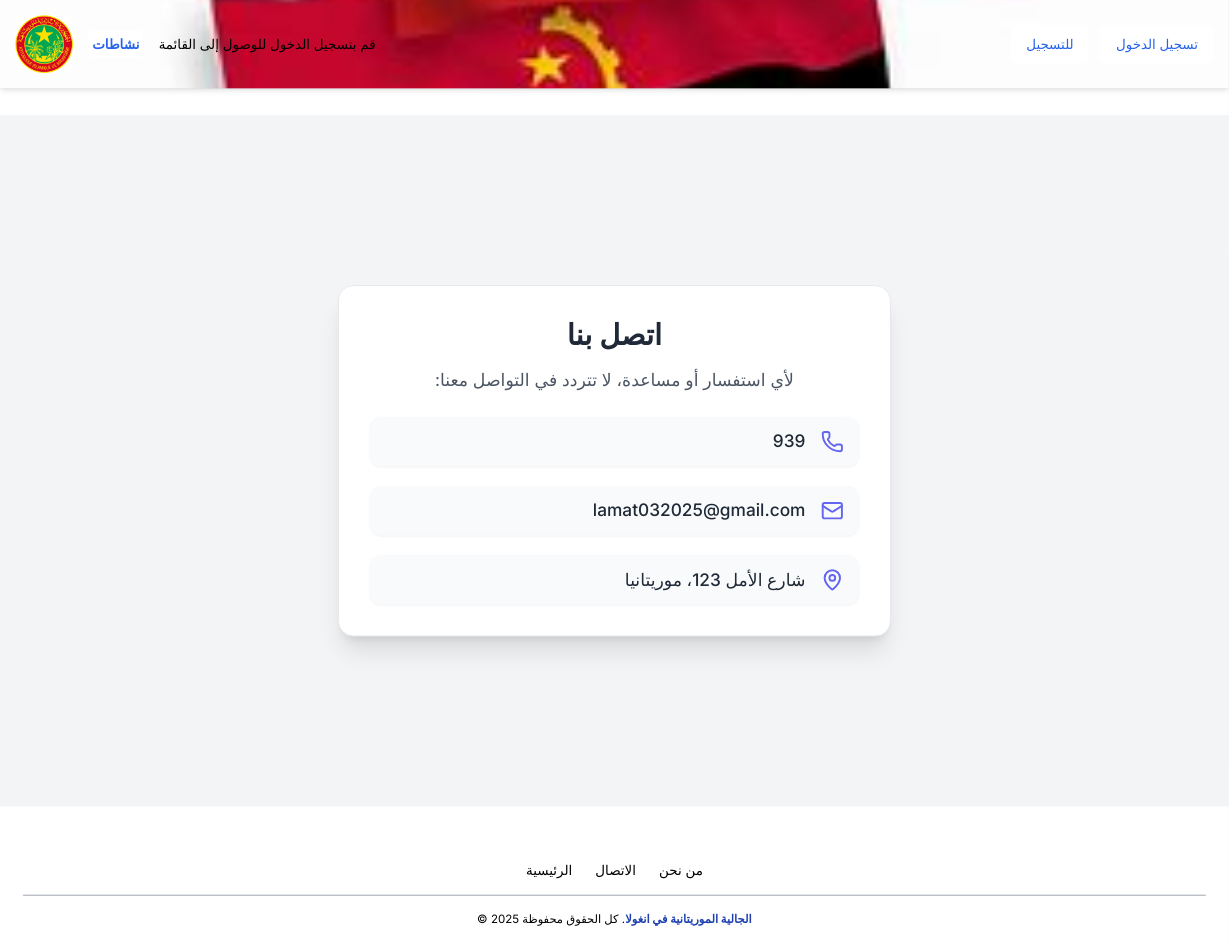
Repository: lamatmed/cmra
Page: /contact
These files come from the project's save history. The page is drawn as it stood at one moment and after the next save; the edit follows.
The browser window is 1280 px wide. The pictures show the whole page, at 96% of full size.
The project was rebuilt for these pictures with package versions that can differ from the ones it lists, and the page was loaded fresh each time. The framework's server and built-in components were replaced by stand-ins that run in the browser. Also part of the build but not shown: next.config.js, components/ui/dropdown-menu.tsx.

Above is the page before, as saved 2025-04-14 10:01:47.

### app/layout.tsx
import "./globals.css";
import type { Metadata } from "next";
import { Inter } from "next/font/google";
import { AuthProvider } from "@/components/AuthContext";
import NavBar from "@/components/NavBar";
import { Toaster } from "@/components/ui/toaster";
import Footer from "@/components/Footer";

const inter = Inter({ subsets: ["latin"] });

export const metadata: Metadata = {
  title: "الجالية الموريتانية في انغولا",
  description: "Application",
  icons: "/logo.png",
};

export default function RootLayout({
  children,
}: {
  children: React.ReactNode;
}) {
  return (
    <html lang="fr" className={inter.className} suppressHydrationWarning>
      <body className="flex flex-col min-h-screen">
        <AuthProvider>
          <NavBar />
          <main className="flex-grow mt-7">{children}</main>
          <Footer />
        </AuthProvider>
        <Toaster /> {/* Placer Toaster en dehors d'AuthProvider pour éviter sa réinitialisation */}
      </body>
    </html>
  );
}

### app/contact/page.tsx
"use client";

import { motion } from "framer-motion";
import { Mail, MapPin, Phone } from "lucide-react";
import { Card, CardContent } from "@/components/ui/card";
import { useEffect, useState } from "react";
import Loader from "@/components/Loader";

const Contact = () => {
  const [loading, setLoading] = useState(true);

  useEffect(() => {
    const timeout = setTimeout(() => {
      setLoading(false);
    }, 1500);

    return () => clearTimeout(timeout);
  }, []);

  if (loading) {
    return <Loader />;
  }

  return (
    <motion.div
      initial={{ opacity: 0, y: 20 }}
      animate={{ opacity: 1, y: 0 }}
      transition={{ duration: 0.6 }}
      className="flex justify-center items-center min-h-screen bg-gray-100 px-4 py-8"
      dir="rtl"
    >
      <Card className="w-full max-w-xl bg-white shadow-xl rounded-2xl border border-gray-200">
        <CardContent className="p-6 sm:p-8">
          <h1 className="text-3xl font-bold text-gray-800 mb-4 text-center">
            اتصل بنا
          </h1>
          <p className="text-gray-600 text-center mb-6 text-base sm:text-lg">
            لأي استفسار أو مساعدة، لا تتردد في التواصل معنا:
          </p>

          <div className="space-y-5">
            {/* Contact Item */}
            <div className="flex items-center gap-4 bg-gray-50 px-4 py-3 rounded-xl shadow-sm">
              <Phone className="w-6 h-6 text-indigo-500" />
              <span className="text-gray-800 text-base sm:text-lg font-medium">
                939
              </span>
            </div>

            {/* Contact Item */}
            <div className="flex items-center gap-4 bg-gray-50 px-4 py-3 rounded-xl shadow-sm">
              <Mail className="w-6 h-6 text-indigo-500" />
              <span className="text-gray-800 text-base sm:text-lg font-medium">
                lamat032025@gmail.com
              </span>
            </div>

            {/* Contact Item */}
            <div className="flex items-center gap-4 bg-gray-50 px-4 py-3 rounded-xl shadow-sm">
              <MapPin className="w-6 h-6 text-indigo-500" />
              <span className="text-gray-800 text-base sm:text-lg font-medium">
                شارع الأمل 123، موريتانيا
              </span>
            </div>
          </div>
        </CardContent>
      </Card>
    </motion.div>
  );
};

export default Contact;

### app/globals.css
@tailwind base;
@tailwind components;
@tailwind utilities;

:root {
  --foreground-rgb: 0, 0, 0;
  --background-start-rgb: 214, 219, 220;
  --background-end-rgb: 255, 255, 255;
}

@media (prefers-color-scheme: dark) {
  :root {
    --foreground-rgb: 255, 255, 255;
    --background-start-rgb: 0, 0, 0;
    --background-end-rgb: 0, 0, 0;
  }
}
.swal-button-ok {
  @apply bg-black text-white border-none hover:bg-gray-800 focus:ring-2 focus:ring-blue-500;
}

@layer base {
  :root {
    --background: 0 0% 100%;
    --foreground: 0 0% 3.9%;
    --card: 0 0% 100%;
    --card-foreground: 0 0% 3.9%;
    --popover: 0 0% 100%;
    --popover-foreground: 0 0% 3.9%;
    --primary: 0 0% 9%;
    --primary-foreground: 0 0% 98%;
    --secondary: 0 0% 96.1%;
    --secondary-foreground: 0 0% 9%;
    --muted: 0 0% 96.1%;
    --muted-foreground: 0 0% 45.1%;
    --accent: 0 0% 96.1%;
    --accent-foreground: 0 0% 9%;
    --destructive: 0 84.2% 60.2%;
    --destructive-foreground: 0 0% 98%;
    --border: 0 0% 89.8%;
    --input: 0 0% 89.8%;
    --ring: 0 0% 3.9%;
    --chart-1: 12 76% 61%;
    --chart-2: 173 58% 39%;
    --chart-3: 197 37% 24%;
    --chart-4: 43 74% 66%;
    --chart-5: 27 87% 67%;
    --radius: 0.5rem;
  }
  .dark {
    --background: 0 0% 3.9%;
    --foreground: 0 0% 98%;
    --card: 0 0% 3.9%;
    --card-foreground: 0 0% 98%;
    --popover: 0 0% 3.9%;
    --popover-foreground: 0 0% 98%;
    --primary: 0 0% 98%;
    --primary-foreground: 0 0% 9%;
    --secondary: 0 0% 14.9%;
    --secondary-foreground: 0 0% 98%;
    --muted: 0 0% 14.9%;
    --muted-foreground: 0 0% 63.9%;
    --accent: 0 0% 14.9%;
    --accent-foreground: 0 0% 98%;
    --destructive: 0 62.8% 30.6%;
    --destructive-foreground: 0 0% 98%;
    --border: 0 0% 14.9%;
    --input: 0 0% 14.9%;
    --ring: 0 0% 83.1%;
    --chart-1: 220 70% 50%;
    --chart-2: 160 60% 45%;
    --chart-3: 30 80% 55%;
    --chart-4: 280 65% 60%;
    --chart-5: 340 75% 55%;
  }
}

@layer base {
  * {
    @apply border-border;
  }
  body {
    @apply bg-background text-foreground;
  }
}

### components/AuthContext.tsx
"use client";

import { createContext, useState, useEffect, useCallback } from "react";

interface User {
  nni: string;
  id: string;
  name: string;
  role: string;
  photo: string| undefined;
  address: string| undefined;
  job:  string| undefined;
  domain : string| undefined;
  cv: string| undefined
}

interface AuthContextType {
  user: User | null;
  isAuthenticated: boolean;
  login: (token: string) => void;
  logout: () => void;
}

export const AuthContext = createContext<AuthContextType | null>(null);

export function AuthProvider({ children }: { children: React.ReactNode }) {
  const [user, setUser] = useState<User | null>(null);
  const [isAuthenticated, setIsAuthenticated] = useState(false);

  // ✅ `fetchUser` est maintenant stable grâce à `useCallback`
  const fetchUser = useCallback((token: string) => {
    console.log("🔍 Envoi du token pour récupération de l'utilisateur...");

    fetch("/api/me", {
      headers: { Authorization: `Bearer ${token}` },
    })
      .then((res) => res.json())
      .then((data) => {
        console.log("🔍 Réponse API:", data);
        if (data.user) {
          setUser(data.user);
          setIsAuthenticated(true);
        } else {
          throw new Error("Utilisateur non trouvé");
        }
      })
      .catch((error) => {
        console.log("❌ Erreur lors de la récupération de l'utilisateur:", error);
        logout(); // Un seul appel ici
      });
  }, []);


  useEffect(() => {
    const token = localStorage.getItem("token");
    if (token) {
      fetchUser(token); // ✅ Plus de warning
    }
  }, [fetchUser]); // ✅ fetchUser est maintenant stable

  function login(token: string) {
    console.log("✅ Connexion réussie, stockage du token...");
    localStorage.setItem("token", token);
    fetchUser(token);
  }

  function logout() {
    console.log("🚪 Déconnexion, suppression du token...");
    localStorage.removeItem("token");
    setUser(null);
    setIsAuthenticated(false);
  }

  return (
    <AuthContext.Provider value={{ user, isAuthenticated, login, logout }}>
      {children}
    </AuthContext.Provider>
  );
}

### components/ui/toaster.tsx
'use client';

import { useToast } from '@/hooks/use-toast';
import {
  Toast,
  ToastClose,
  ToastDescription,
  ToastProvider,
  ToastTitle,
  ToastViewport,
} from '@/components/ui/toast';

export function Toaster() {
  const { toasts } = useToast();

  return (
    <ToastProvider>
      {toasts.map(function ({ id, title, description, action, ...props }) {
        return (
          <Toast key={id} {...props}>
            <div className="grid gap-1">
              {title && <ToastTitle>{title}</ToastTitle>}
              {description && (
                <ToastDescription>{description}</ToastDescription>
              )}
            </div>
            {action}
            <ToastClose />
          </Toast>
        );
      })}
      <ToastViewport />
    </ToastProvider>
  );
}

### components/Footer.tsx
"use client";

import Link from "next/link";
import { motion } from "framer-motion";

const Footer = () => {
  return (
    <motion.footer
      initial={{ opacity: 0, y: 20 }}
      animate={{ opacity: 1, y: 0 }}
      transition={{ duration: 0.6 }}
      className="w-full py-6 bg-gradient-to-r from-gray-900 to-gray-700 text-white shadow-md mt-8"
      style={{
        backgroundImage: "url('/')", // Remplace par ton image
        backgroundSize: "cover",
        backgroundPosition: "center",
      }}
    >
      <div className="container mx-auto px-6 max-w-7xl text-center">
        {/* Liens rapides */}
        <nav className="mb-4 flex justify-center space-x-6 bg-white text-black">
          <Link href="/" className="text-sm hover:text-blue-400  ">
            الرئيسية
          </Link>
          <Link
            href="/contact"
            className="text-sm  transition hover:text-blue-400 "
          >
            الاتصال
          </Link>
          <Link
            href="/about"
            className="text-sm hover:text-blue-400 "
          >
            من نحن
          </Link>
        </nav>

        {/* Copyright */}
        <div className="border-t border-gray-400 pt-4 text-center px-2 sm:px-4">
          <p className="text-[10px] sm:text-xs text-black whitespace-nowrap bg-white">
            © {new Date().getFullYear()}{" "}
            <span className="font-bold text-blue-800">الجالية الموريتانية في انغولا</span>
            . كل الحقوق محفوظة
          </p>
        </div>
      </div>
    </motion.footer>
  );
};

export default Footer;

### components/ui/card.tsx
import * as React from 'react';

import { cn } from '@/lib/utils';

const Card = React.forwardRef<
  HTMLDivElement,
  React.HTMLAttributes<HTMLDivElement>
>(({ className, ...props }, ref) => (
  <div
    ref={ref}
    className={cn(
      'rounded-lg border bg-card text-card-foreground shadow-sm',
      className
    )}
    {...props}
  />
));
Card.displayName = 'Card';

const CardHeader = React.forwardRef<
  HTMLDivElement,
  React.HTMLAttributes<HTMLDivElement>
>(({ className, ...props }, ref) => (
  <div
    ref={ref}
    className={cn('flex flex-col space-y-1.5 p-6', className)}
    {...props}
  />
));
CardHeader.displayName = 'CardHeader';

const CardTitle = React.forwardRef<
  HTMLParagraphElement,
  React.HTMLAttributes<HTMLHeadingElement>
>(({ className, ...props }, ref) => (
  <h3
    ref={ref}
    className={cn(
      'text-2xl font-semibold leading-none tracking-tight',
      className
    )}
    {...props}
  />
));
CardTitle.displayName = 'CardTitle';

const CardDescription = React.forwardRef<
  HTMLParagraphElement,
  React.HTMLAttributes<HTMLParagraphElement>
>(({ className, ...props }, ref) => (
  <p
    ref={ref}
    className={cn('text-sm text-muted-foreground', className)}
    {...props}
  />
));
CardDescription.displayName = 'CardDescription';

const CardContent = React.forwardRef<
  HTMLDivElement,
  React.HTMLAttributes<HTMLDivElement>
>(({ className, ...props }, ref) => (
  <div ref={ref} className={cn('p-6 pt-0', className)} {...props} />
));
CardContent.displayName = 'CardContent';

const CardFooter = React.forwardRef<
  HTMLDivElement,
  React.HTMLAttributes<HTMLDivElement>
>(({ className, ...props }, ref) => (
  <div
    ref={ref}
    className={cn('flex items-center p-6 pt-0', className)}
    {...props}
  />
));
CardFooter.displayName = 'CardFooter';

export {
  Card,
  CardHeader,
  CardFooter,
  CardTitle,
  CardDescription,
  CardContent,
};

### components/Loader.tsx

import React from 'react';
import styled from 'styled-components';

const Loader = () => {
  return (
    <StyledWrapper>
      <div className="loader" />
    </StyledWrapper>
  );
}

const StyledWrapper = styled.div`
  .loader {
   position: relative;
   width: 2.5em;
   height: 2.5em;
   transform: rotate(165deg);
  }

  .loader:before, .loader:after {
   content: "";
   position: absolute;
   top: 50%;
   left: 50%;
   display: block;
   width: 0.5em;
   height: 0.5em;
   border-radius: 0.25em;
   transform: translate(-50%, -50%);
  }

  .loader:before {
   animation: before8 2s infinite;
  }

  .loader:after {
   animation: after6 2s infinite;
  }

  @keyframes before8 {
   0% {
    width: 0.5em;
    box-shadow: 1em -0.5em rgba(225, 20, 98, 0.75), -1em 0.5em rgba(111, 202, 220, 0.75);
   }

   35% {
    width: 2.5em;
    box-shadow: 0 -0.5em rgba(225, 20, 98, 0.75), 0 0.5em rgba(111, 202, 220, 0.75);
   }

   70% {
    width: 0.5em;
    box-shadow: -1em -0.5em rgba(225, 20, 98, 0.75), 1em 0.5em rgba(111, 202, 220, 0.75);
   }

   100% {
    box-shadow: 1em -0.5em rgba(225, 20, 98, 0.75), -1em 0.5em rgba(111, 202, 220, 0.75);
   }
  }

  @keyframes after6 {
   0% {
    height: 0.5em;
    box-shadow: 0.5em 1em rgba(61, 184, 143, 0.75), -0.5em -1em rgba(233, 169, 32, 0.75);
   }

   35% {
    height: 2.5em;
    box-shadow: 0.5em 0 rgba(61, 184, 143, 0.75), -0.5em 0 rgba(233, 169, 32, 0.75);
   }

   70% {
    height: 0.5em;
    box-shadow: 0.5em -1em rgba(61, 184, 143, 0.75), -0.5em 1em rgba(233, 169, 32, 0.75);
   }

   100% {
    box-shadow: 0.5em 1em rgba(61, 184, 143, 0.75), -0.5em -1em rgba(233, 169, 32, 0.75);
   }
  }

  .loader {
   position: absolute;
   top: calc(50% - 1.25em);
   left: calc(50% - 1.25em);
  }`;

export default Loader;

### components/ui/button.tsx
import * as React from 'react';
import { Slot } from '@radix-ui/react-slot';
import { cva, type VariantProps } from 'class-variance-authority';

import { cn } from '@/lib/utils';

const buttonVariants = cva(
  'inline-flex items-center justify-center whitespace-nowrap rounded-md text-sm font-medium ring-offset-background transition-colors focus-visible:outline-none focus-visible:ring-2 focus-visible:ring-ring focus-visible:ring-offset-2 disabled:pointer-events-none disabled:opacity-50',
  {
    variants: {
      variant: {
        default: 'bg-primary text-primary-foreground hover:bg-primary/90',
        destructive:
          'bg-destructive text-destructive-foreground hover:bg-destructive/90',
        outline:
          'border border-input bg-background hover:bg-accent hover:text-accent-foreground',
        secondary:
          'bg-secondary text-secondary-foreground hover:bg-secondary/80',
        ghost: 'hover:bg-accent hover:text-accent-foreground',
        link: 'text-primary underline-offset-4 hover:underline',
      },
      size: {
        default: 'h-10 px-4 py-2',
        sm: 'h-9 rounded-md px-3',
        lg: 'h-11 rounded-md px-8',
        icon: 'h-10 w-10',
      },
    },
    defaultVariants: {
      variant: 'default',
      size: 'default',
    },
  }
);

export interface ButtonProps
  extends React.ButtonHTMLAttributes<HTMLButtonElement>,
    VariantProps<typeof buttonVariants> {
  asChild?: boolean;
}

const Button = React.forwardRef<HTMLButtonElement, ButtonProps>(
  ({ className, variant, size, asChild = false, ...props }, ref) => {
    const Comp = asChild ? Slot : 'button';
    return (
      <Comp
        className={cn(buttonVariants({ variant, size, className }))}
        ref={ref}
        {...props}
      />
    );
  }
);
Button.displayName = 'Button';

export { Button, buttonVariants };

### components/main-nav.tsx
"use client"

import Link from "next/link"
import { usePathname } from "next/navigation"
import { useContext } from "react"
import { AuthContext } from "@/components/AuthContext"
import { cn } from "@/lib/utils"
import {
  Users,
  Clipboard,
  ComputerIcon ,
  LayoutDashboard,
  NotebookPen
} from "lucide-react"

type NavigationItem = {
  name: string;
  href: string;
  icon: React.ComponentType<any>;
}

type Navigation = {
  ADMIN: NavigationItem[];
  USER: NavigationItem[];

}

const navigation: Navigation = {
  ADMIN: [
    { name: "لوحه القياده", href: "/dashboard", icon: LayoutDashboard },

    { name: "مساحتي", href: "/dashboard/espace-user", icon: ComputerIcon},
    { name: "اعضاء", href: "/dashboard/users", icon: Users },
    { name: "انتخاب", href: "/dashboard/config-vote", icon: Clipboard },
    { name: "الأنشطة", href: "/activites/config", icon: NotebookPen },
  ],
  USER: [
    { name: "لوحه القياده", href: "/dashboard", icon: LayoutDashboard },
    { name: "مساحتي", href: "/dashboard/espace-user", icon: Users },

  ],

}

export function MainNav() {
  const pathname = usePathname()
  const { user, isAuthenticated } = useContext(AuthContext)!;

  // Vérifier le rôle de l'utilisateur
  const userRole = user?.role || "USER";
  const allowedNavigation = navigation[userRole as keyof Navigation] || navigation.USER;

  return (
    <nav className="flex flex-col md:flex-row items-center md:space-x-6 space-y-2 md:space-y-0">
      {isAuthenticated && user ? (
        allowedNavigation.map((item) => {
          const Icon = item.icon
          const isActive = pathname === item.href

          return (
            <Link
              key={item.href}
              href={item.href}
              className={cn(
                "flex items-center text-sm font-medium transition-colors duration-200 px-4 py-2 rounded-lg w-full md:w-auto",
                isActive
                  ? "text-blue-600 bg-gray-100 md:border-b-2 border-blue-600"
                  : "text-gray-700 bg-white hover:text-blue-500 hover:bg-gray-100"
              )}
            >
              <Icon className="mr-2 h-5 w-5 text-orange-500" />
              {item.name}
            </Link>
          )
        })
      ) : (
          <span className="text-black text-sm">قم بتسجيل الدخول للوصول إلى القائمة</span>
      )}
    </nav>
  )
}

### hooks/use-toast.ts
'use client';

import { ToastActionElement, ToastProps } from '@/components/ui/toast';
// Inspired by react-hot-toast library
import * as React from 'react';



const TOAST_LIMIT = 1;
const TOAST_REMOVE_DELAY = 1000000;

type ToasterToast = ToastProps& {
  id: string;
  title?: React.ReactNode;
  description?: React.ReactNode;
  action?: ToastActionElement;
};

const actionTypes = {
  ADD_TOAST: 'ADD_TOAST',
  UPDATE_TOAST: 'UPDATE_TOAST',
  DISMISS_TOAST: 'DISMISS_TOAST',
  REMOVE_TOAST: 'REMOVE_TOAST',
} as const;

let count = 0;

function genId() {
  count = (count + 1) % Number.MAX_SAFE_INTEGER;
  return count.toString();
}

type ActionType = typeof actionTypes;

type Action =
  | {
      type: ActionType['ADD_TOAST'];
      toast: ToasterToast;
    }
  | {
      type: ActionType['UPDATE_TOAST'];
      toast: Partial<ToasterToast>;
    }
  | {
      type: ActionType['DISMISS_TOAST'];
      toastId?: ToasterToast['id'];
    }
  | {
      type: ActionType['REMOVE_TOAST'];
      toastId?: ToasterToast['id'];
    };

interface State {
  toasts: ToasterToast[];
}

const toastTimeouts = new Map<string, ReturnType<typeof setTimeout>>();

const addToRemoveQueue = (toastId: string) => {
  if (toastTimeouts.has(toastId)) {
    return;
  }

  const timeout = setTimeout(() => {
    toastTimeouts.delete(toastId);
    dispatch({
      type: 'REMOVE_TOAST',
      toastId: toastId,
    });
  }, TOAST_REMOVE_DELAY);

  toastTimeouts.set(toastId, timeout);
};

export const reducer = (state: State, action: Action): State => {
  switch (action.type) {
    case 'ADD_TOAST':
      return {
        ...state,
        toasts: [action.toast, ...state.toasts].slice(0, TOAST_LIMIT),
      };

    case 'UPDATE_TOAST':
      return {
        ...state,
        toasts: state.toasts.map((t) =>
          t.id === action.toast.id ? { ...t, ...action.toast } : t
        ),
      };

    case 'DISMISS_TOAST': {
      const { toastId } = action;

      // ! Side effects ! - This could be extracted into a dismissToast() action,
      // but I'll keep it here for simplicity
      if (toastId) {
        addToRemoveQueue(toastId);
      } else {
        state.toasts.forEach((toast) => {
          addToRemoveQueue(toast.id);
        });
      }

      return {
        ...state,
        toasts: state.toasts.map((t) =>
          t.id === toastId || toastId === undefined
            ? {
                ...t,
                open: false,
              }
            : t
        ),
      };
    }
    case 'REMOVE_TOAST':
      if (action.toastId === undefined) {
        return {
          ...state,
          toasts: [],
        };
      }
      return {
        ...state,
        toasts: state.toasts.filter((t) => t.id !== action.toastId),
      };
  }
};

const listeners: Array<(state: State) => void> = [];

let memoryState: State = { toasts: [] };

function dispatch(action: Action) {
  memoryState = reducer(memoryState, action);
  listeners.forEach((listener) => {
    listener(memoryState);
  });
}

type Toast = Omit<ToasterToast, 'id'>;

function toast({ ...props }: Toast) {
  const id = genId();

  const update = (props: ToasterToast) =>
    dispatch({
      type: 'UPDATE_TOAST',
      toast: { ...props, id },
    });
  const dismiss = () => dispatch({ type: 'DISMISS_TOAST', toastId: id });

  dispatch({
    type: 'ADD_TOAST',
    toast: {
      ...props,
      id,
      open: true,
      onOpenChange: (open) => {
        if (!open) dismiss();
      },
    },
  });

  return {
    id: id,
    dismiss,
    update,
  };
}

function useToast() {
  const [state, setState] = React.useState<State>(memoryState);

  React.useEffect(() => {
    listeners.push(setState);
    return () => {
      const index = listeners.indexOf(setState);
      if (index > -1) {
        listeners.splice(index, 1);
      }
    };
  }, [state]);

  return {
    ...state,
    toast,
    dismiss: (toastId?: string) => dispatch({ type: 'DISMISS_TOAST', toastId }),
  };
}

export { useToast, toast };

Loaded but not shown: lib/utils.ts (common file); tailwind.config.ts (common file); components/NavBar.tsx (166 lines, source omitted); components/ui/toast.tsx (129 lines, source omitted)

After the next save:
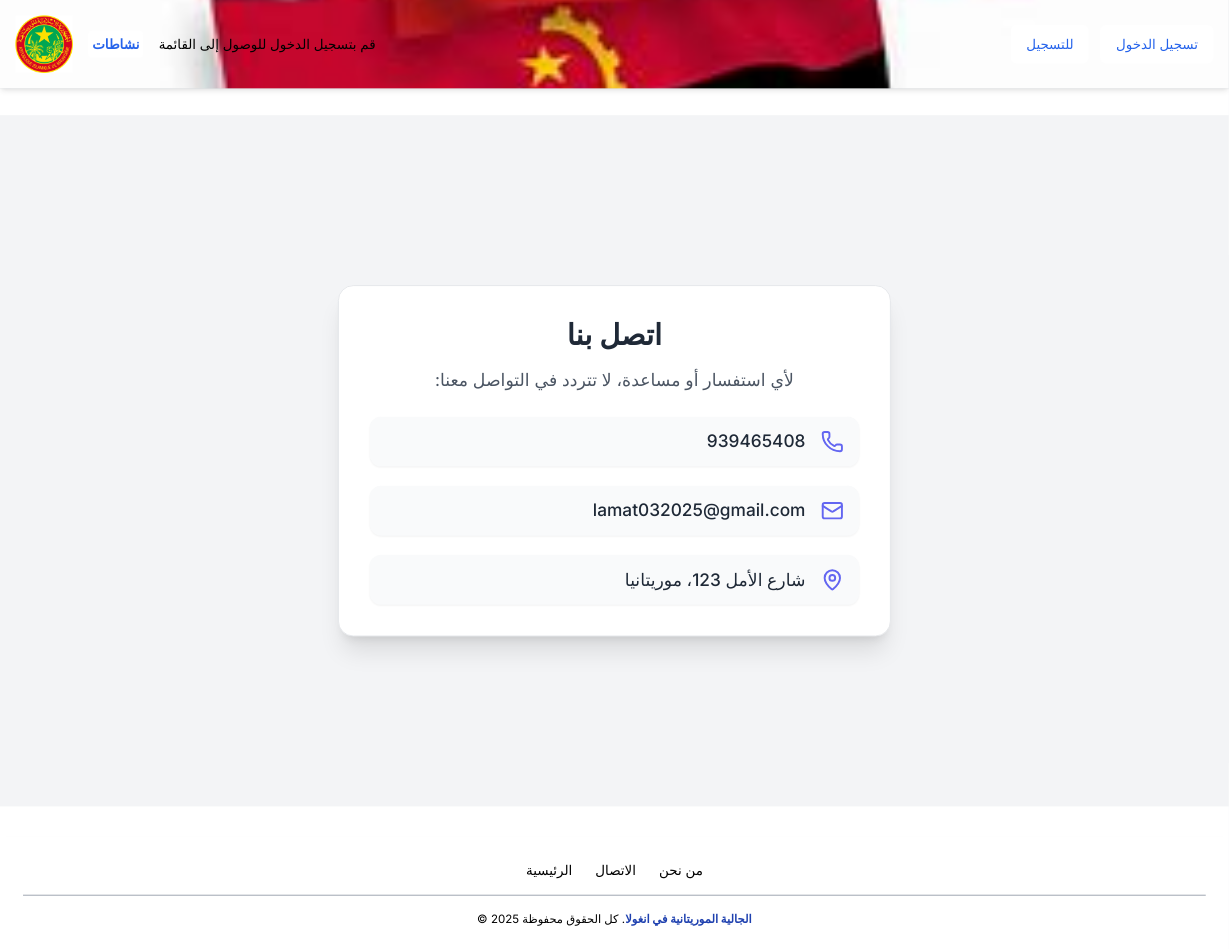
Saved 4 s later.
--- a/app/contact/page.tsx
+++ b/app/contact/page.tsx
@@ -43,7 +43,7 @@
             <div className="flex items-center gap-4 bg-gray-50 px-4 py-3 rounded-xl shadow-sm">
               <Phone className="w-6 h-6 text-indigo-500" />
               <span className="text-gray-800 text-base sm:text-lg font-medium">
-                939
+                939465408
               </span>
             </div>
 
